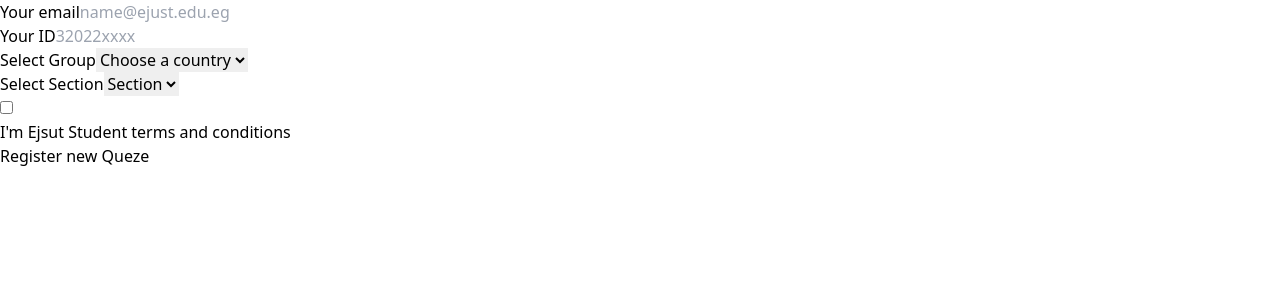
Repository: AbdalrahmanEldeep/FIBOTIC
Page: /
An editor plug-in stored every save of this project. The page is shown before and after the next save, followed by the edit.
The browser window is 1280 px wide. The pictures show the whole page.
The project was rebuilt for these pictures with package versions that can differ from the ones it lists, and the page was loaded fresh each time. Also part of the build but not shown: vite.config.js, src/pages/protecter.jsx, src/pages/exame.jsx.

Above is the page before, as saved 2023-01-06 22:39:54.

After the next save:
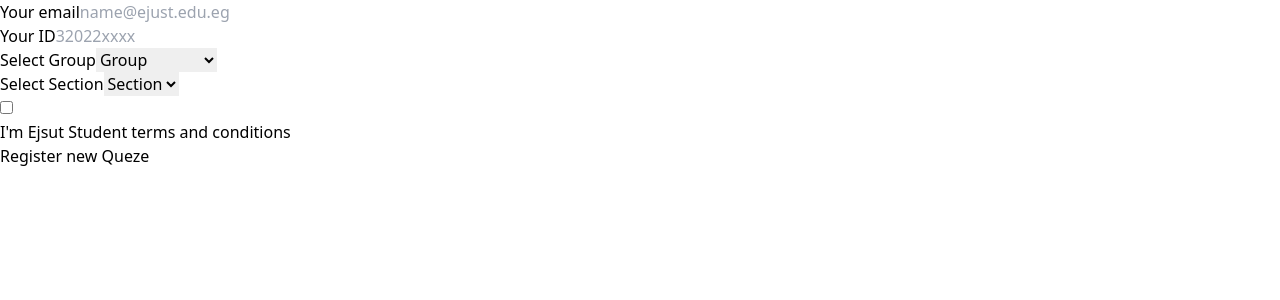
Saved 10 s later.
--- a/src/components/Form.jsx
+++ b/src/components/Form.jsx
@@ -15,7 +15,7 @@ export const Form = () => {
             <div className="flex flex-col gap-2 items-start mb-6">
                 <label htmlFor="countries" className="block mb-2 text-sm font-medium text-gray-900 dark:text-white">Select Group</label>
                 <select id="countries" className="bg-gray-50 border border-gray-300 text-gray-900 text-sm rounded focus:ring-blue-500 focus:border-blue-500 block w-full p-2.5 dark:bg-gray-700 dark:border-gray-600 dark:placeholder-gray-400 dark:text-white dark:focus:ring-blue-500 dark:focus:border-blue-500">
-                    <option selected>Choose a country</option>
+                    <option selected>Group</option>
                     <option value="US">United States</option>
                     <option value="CA">Canada</option>
                     <option value="FR">France</option>
